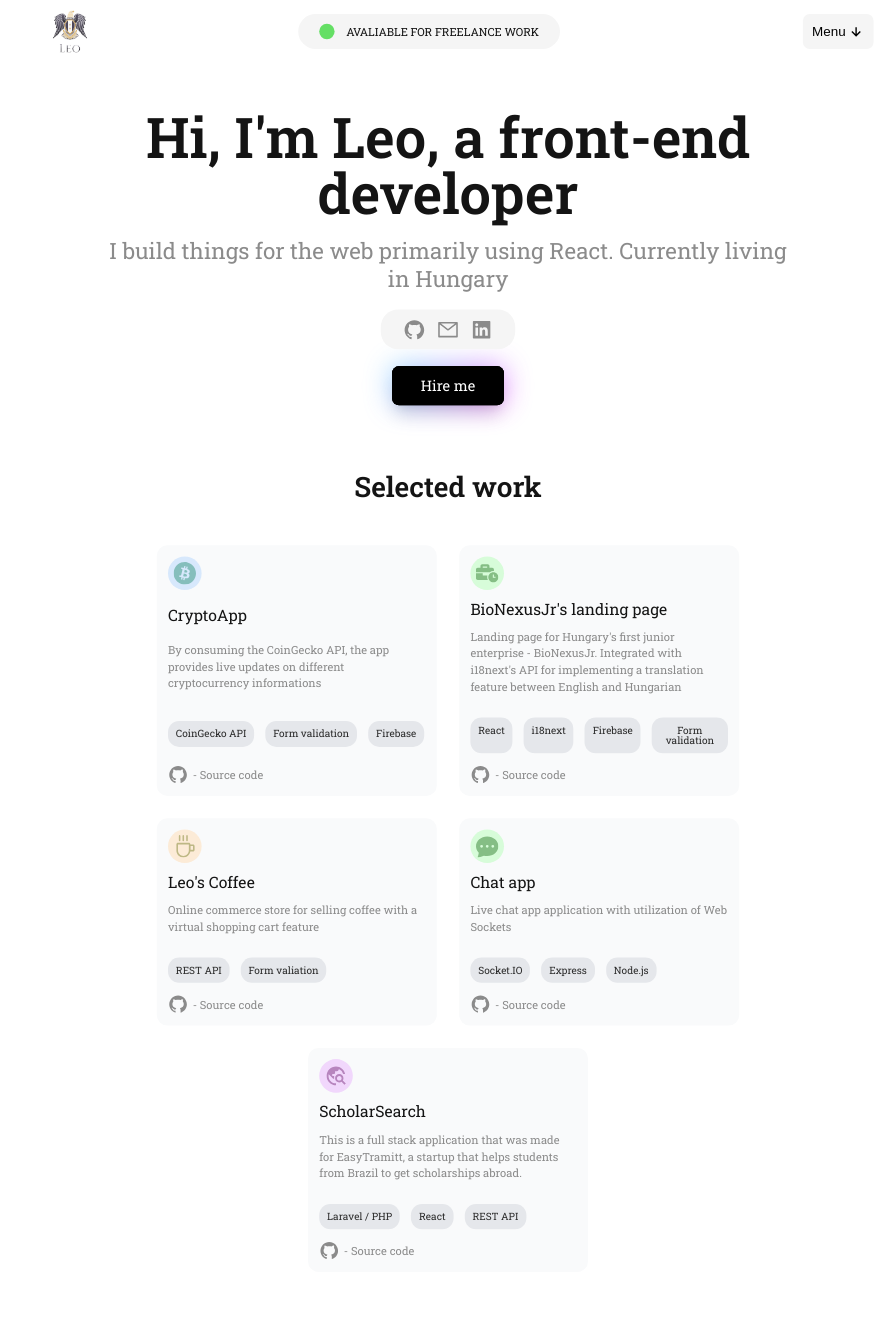
Repository: Leoka2000/portfolio-final
Page: /
The author's editor kept a copy of each file at every save. The page is drawn from the files as they stood at one save, then again after the next save.
The browser window is 1280 px wide. The pictures show the part of the page from y = 0 to 1920 px (the page is 3015 px tall), at 70% of full size.
The page's requests for data from a server got no answer. Some web fonts or font styles are not loaded; a fallback is used. The project was rebuilt for these pictures with package versions that can differ from the ones it lists, and the page was loaded fresh each time. No one was signed in, and anything a server would have sent is missing. Also part of the build but not shown: src/App.css. Imported but missing from the stored project, and not drawn on this page: src/assets/LeoCV.pdf, src/assets/ScholarSearch.mp4.

Above is the page before, as saved 2023-05-11 19:14:27.

After the next save:
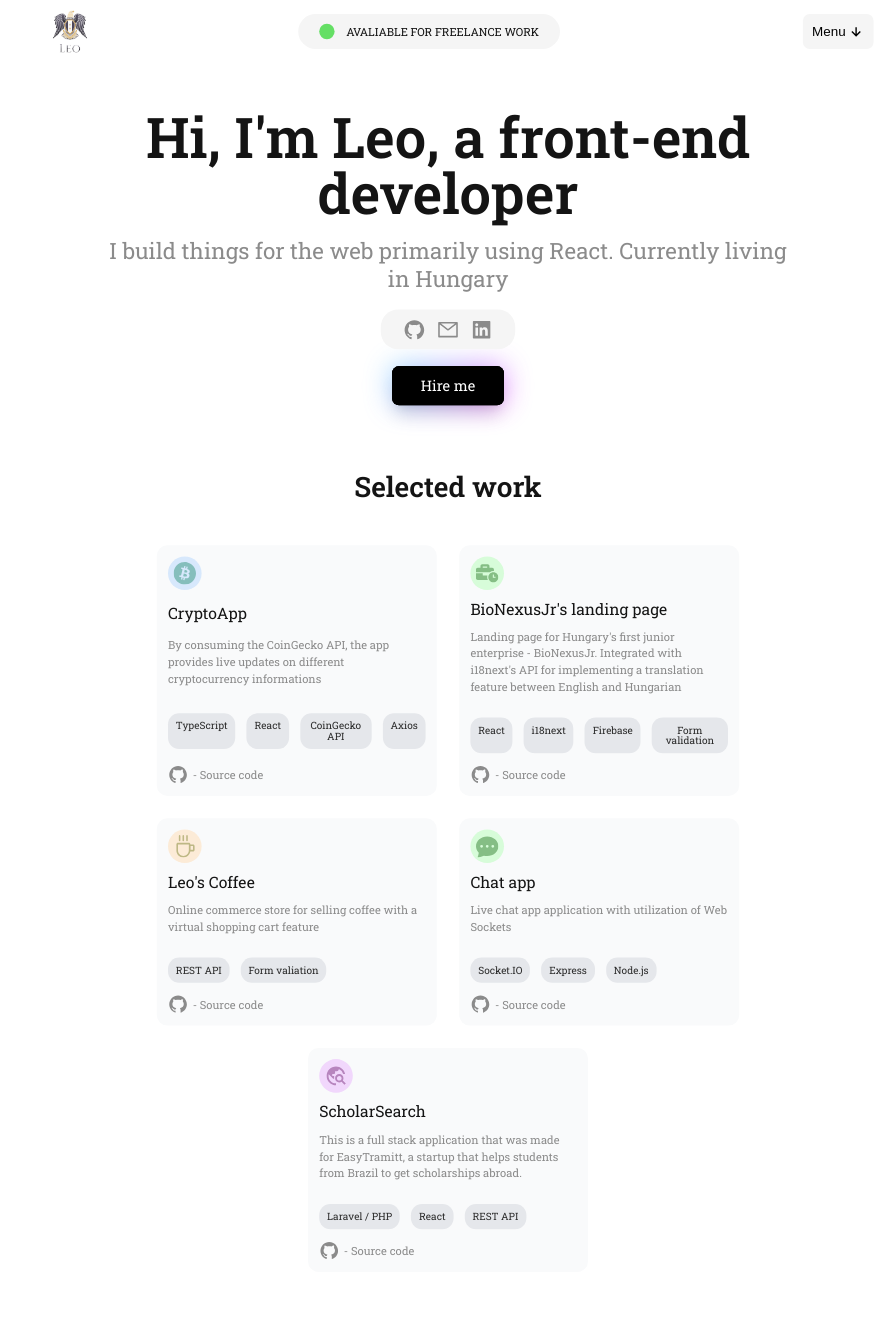
Saved 31 s later.
--- a/src/pages/main/work/projects/cryptoapp/index.jsx
+++ b/src/pages/main/work/projects/cryptoapp/index.jsx
@@ -9,9 +9,10 @@ const index = () => {
       <h1>CryptoApp</h1>
       <p>By consuming the CoinGecko API, the app provides live updates on different cryptocurrency informations</p>
       <div className='key-wrapper'>
+      <span>TypeScript</span>
+      <span>React</span>
         <span>CoinGecko API</span>
-        <span>Form validation</span>
-        <span>Firebase</span>
+        <span>Axios</span>
       </div>
       <a href='https://github.com/Leoka2000/CryptoApp'><AiFillGithub/><p id='hover'>- Source code</p></a>
     </a>
